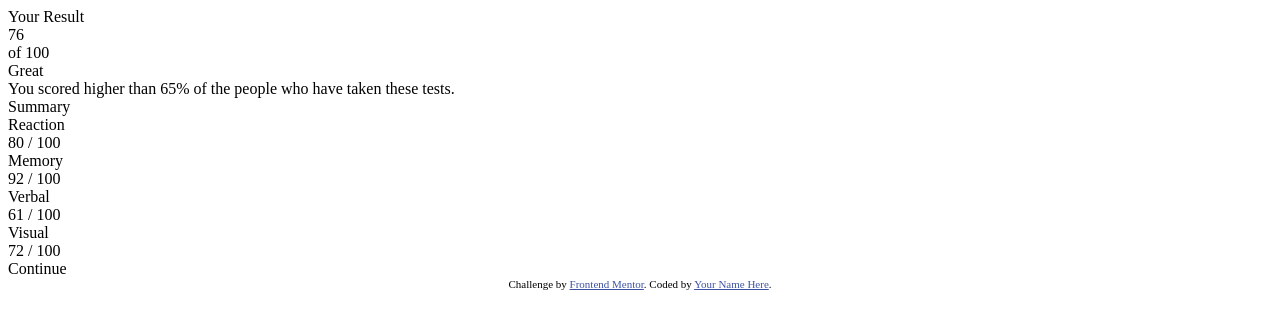
Repository: deptraicogisainao/First-challenge
Page: results-summary-component-main/index.html
These files come from the project's save history. The page is drawn as it stood at one moment and after the next save; the edit follows.
The browser window is 1280 px wide. The pictures show the whole page.

Above is the page before, as saved 2023-04-12 16:02:06.

After the next save:
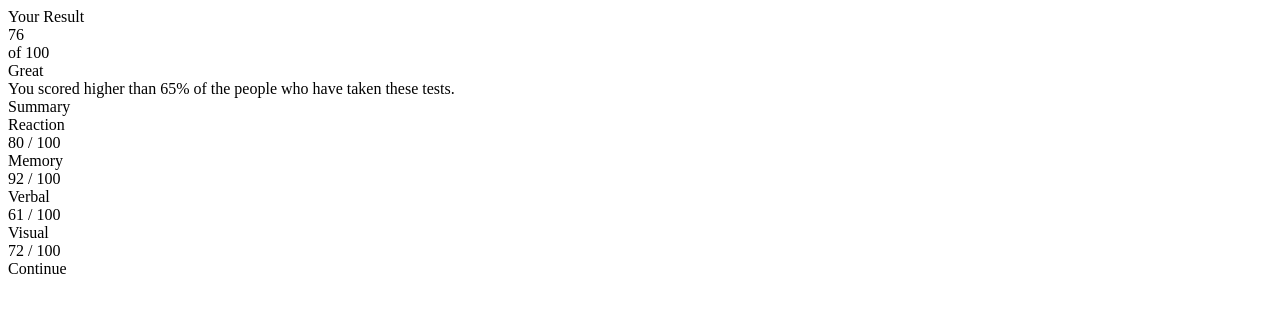
Saved 40 min 51 s later.
--- a/results-summary-component-main/index.html
+++ b/results-summary-component-main/index.html
@@ -58,12 +58,5 @@
         <div class="continue">Continue</div>
       </div>
     </div>
-
-    <div class="attribution">
-      Challenge by
-      <a href="https://www.frontendmentor.io?ref=challenge" target="_blank"
-        >Frontend Mentor</a
-      >. Coded by <a href="#">Your Name Here</a>.
-    </div>
   </body>
 </html>
